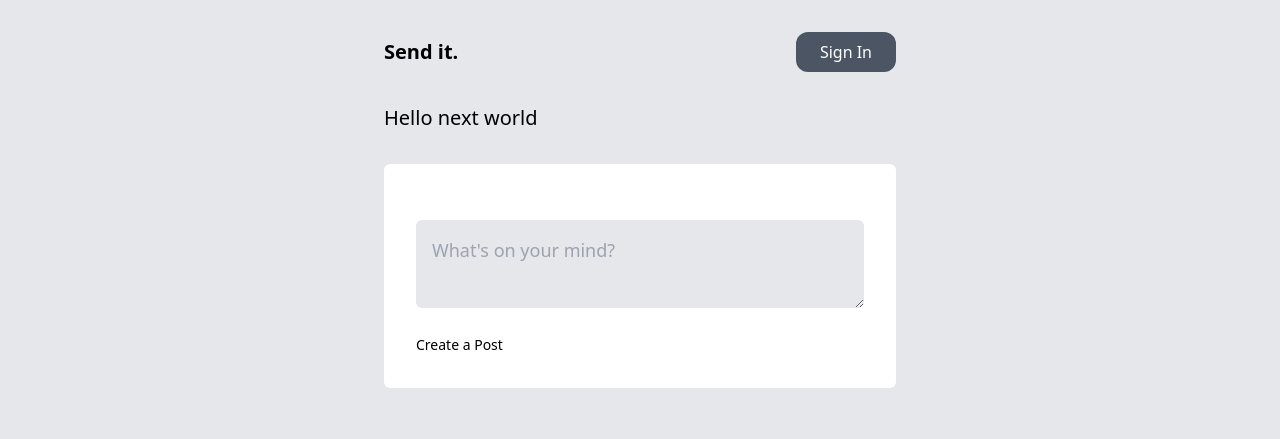
Repository: AMT98/SEND-IT
Page: /
These files come from the project's save history. The page is drawn as it stood at one moment and after the next save; the edit follows.
The browser window is 1280 px wide. The pictures show the whole page.
The page's requests for data from a server got no answer. The project was rebuilt for these pictures with package versions that can differ from the ones it lists, and the page was loaded fresh each time. The framework's server and built-in components were replaced by stand-ins that run in the browser. No one was signed in, and anything a server would have sent is missing. Also part of the build but not shown: next.config.js, app/auth/Logged.tsx.

Above is the page before, as saved 2023-02-14 17:02:53.

After the next save:
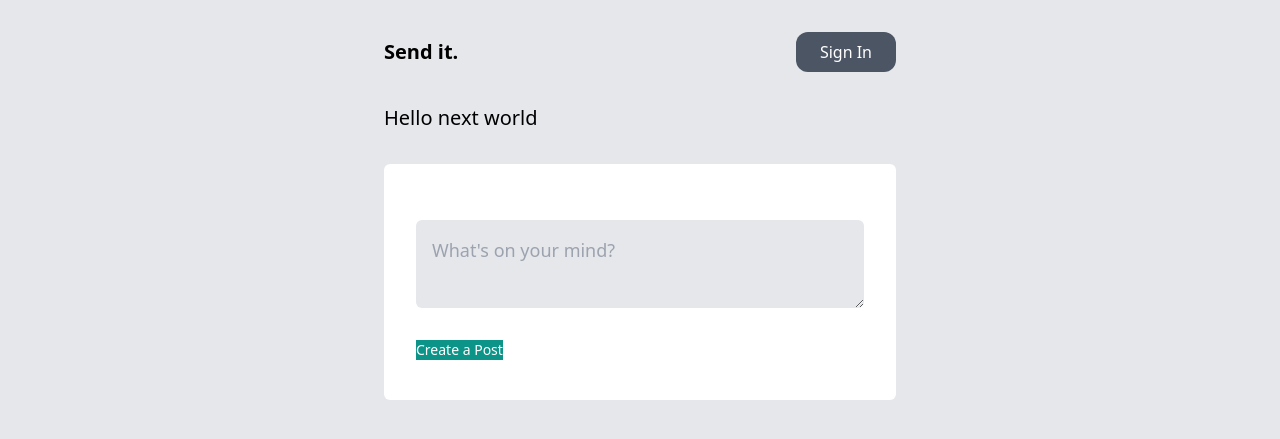
Saved 6 s later.
--- a/app/components/AddPost.tsx
+++ b/app/components/AddPost.tsx
@@ -16,9 +16,12 @@ export default function CreatePost() {
         ></textarea>
       </div>
       <div>
-        <button disabled={isDisabled}
-        className= "text-sm "
-        >Create a Post</button>
+        <button
+          disabled={isDisabled}
+          className="text-sm bg-teal-600 text-white my-2"
+        >
+          Create a Post
+        </button>
       </div>
     </form>
   );
